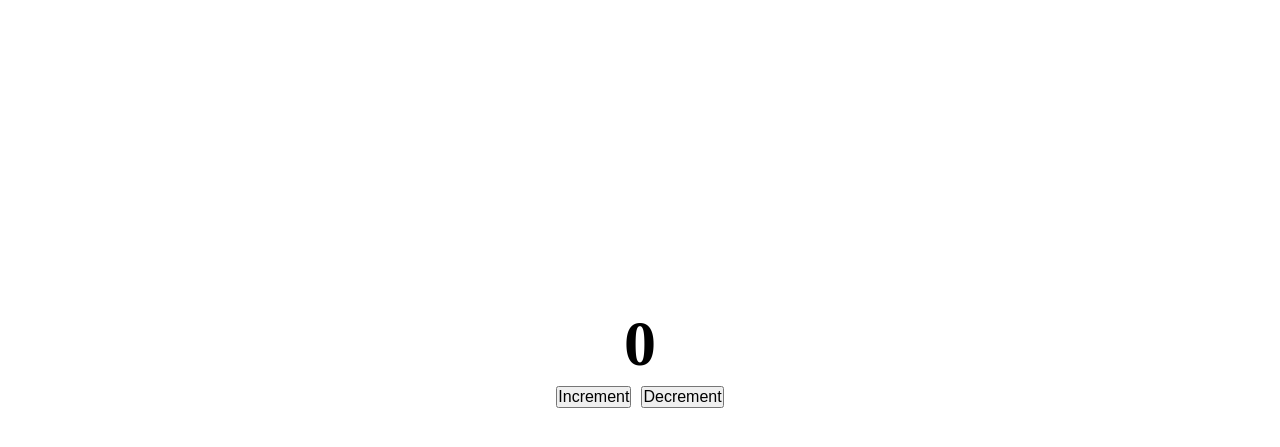
Repository: Ellisvelandia/react_introduction_test
Page: /
These files come from the project's save history. The page is drawn as it stood at one moment and after the next save; the edit follows.
The browser window is 1280 px wide. The pictures show the whole page.
The project was rebuilt for these pictures with package versions that can differ from the ones it lists, and the page was loaded fresh each time. Also part of the build but not shown: src/index.css.

Above is the page before, as saved 2022-08-15 19:42:36.

### src/App.js
import "./App.css";
import React, { useState } from "react";

const App = () => {
  const [num, changeNum] = useState(0);

  const incrementNum = () => {
    changeNum(num + 2);
  };

  const decrementNum = () => {
    if (num - 1 < 0) {
      alert(`you can't decrease than 0`);
    } else {
      changeNum(num - 2);
    }
  };

  return (
    <>
      <div className="container">
        <h1>{num}</h1>
        <button onClick={incrementNum}>Increment</button>
        <button onClick={decrementNum}>Decrement</button>
      </div>
    </>
  );
};

export default App;

### src/App.css
* {
  margin: 0;
  padding: 0;
  box-sizing: border-box;
}

body {
  width: 100%;
  height: 100vh;
  display: flex;
  justify-content: center;
  align-items: center;
  flex-direction: column;
}

.container {
  align-self: center;
}

h1 {
  text-align: center;
  font-size: 4rem;
}

button {
  font-size: 1rem;
  margin: 5px;
}

Loaded but not shown: public/index.html (common file); src/index.js (common file); src/reportWebVitals.js (common file)

After the next save:
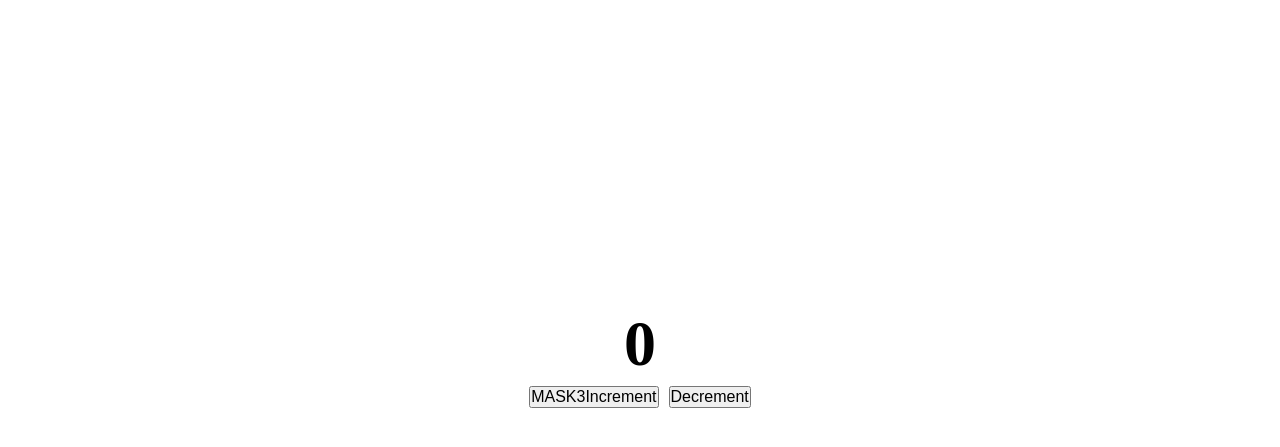
Saved 4 min 11 s later.
--- a/src/App.js
+++ b/src/App.js
@@ -20,7 +20,7 @@
     <>
       <div className="container">
         <h1>{num}</h1>
-        <button onClick={incrementNum}>Increment</button>
+        <button onClick={incrementNum}><span class="mas">MASK3</span>Increment</button>
         <button onClick={decrementNum}>Decrement</button>
       </div>
     </>

After the 2 saves that followed:
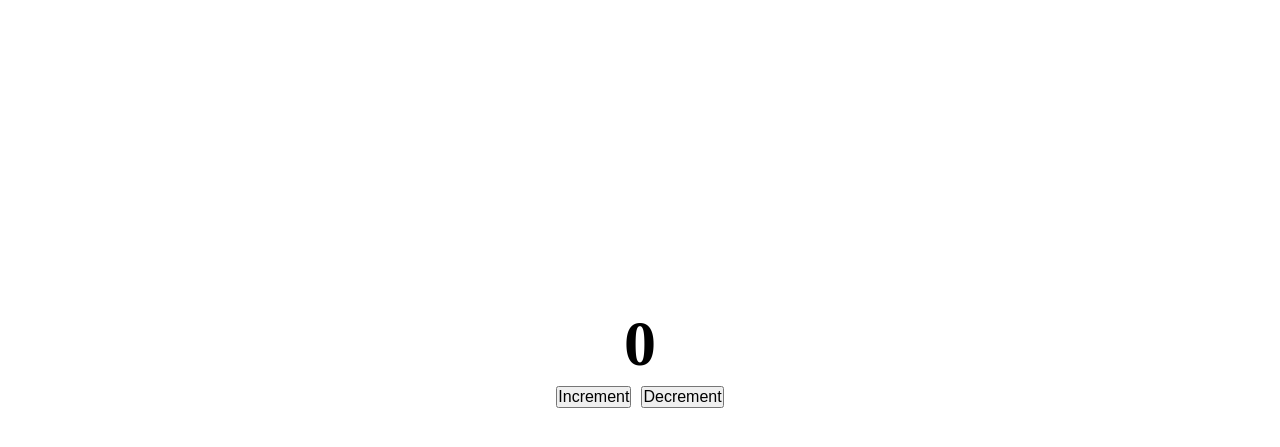
The 2 saves are shown as one change because they came seconds apart.
The last was saved 7 s later.
--- a/src/App.js
+++ b/src/App.js
@@ -20,7 +20,7 @@
     <>
       <div className="container">
         <h1>{num}</h1>
-        <button onClick={incrementNum}><span class="mas">MASK3</span>Increment</button>
+        <button onClick={incrementNum}><span class="mas"></span>Increment</button>
         <button onClick={decrementNum}>Decrement</button>
       </div>
     </>
